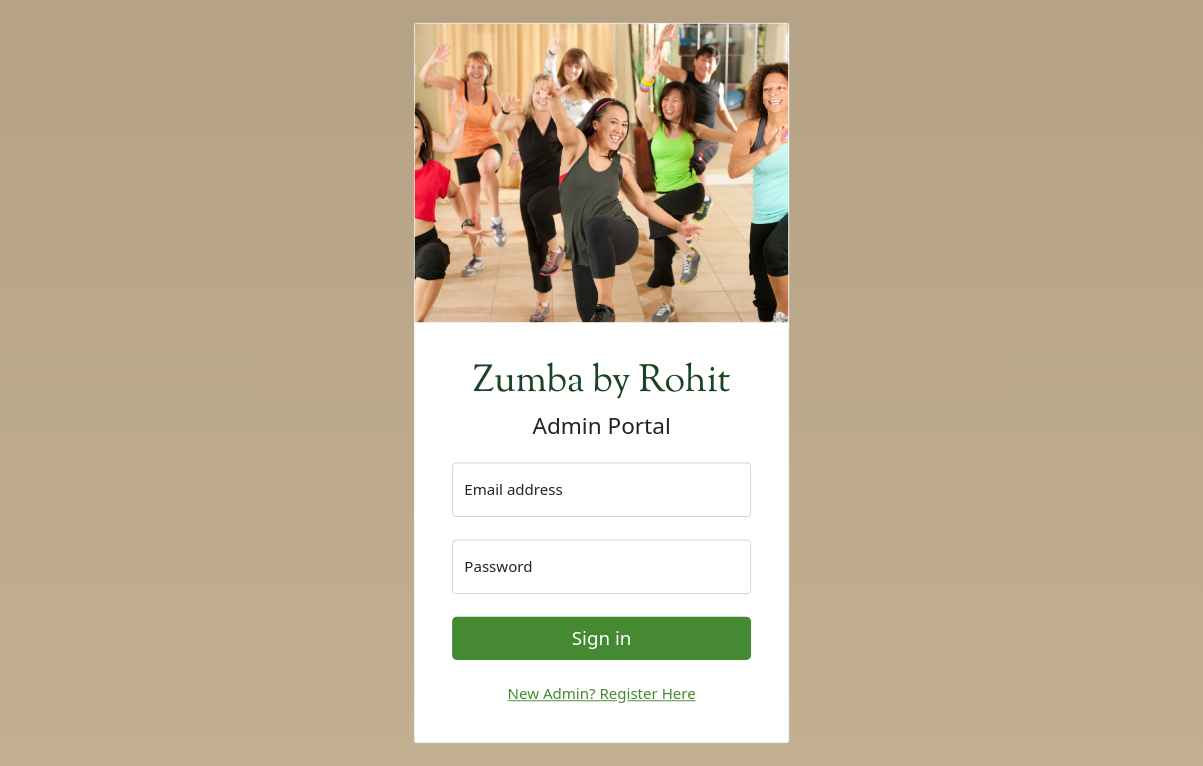
Repository: ronetteguevara/CalTech-ZumbaApp
Page: ZumbaApp/ZumbaApp/src/main/webapp/add-class.html
An editor plug-in stored every save of this project. The page is shown before and after the next save, followed by the edit.
The browser window is 1280 px wide. The pictures show the whole page, at 94% of full size.

Above is the page before, as saved 2024-05-01 00:49:37.

### ZumbaApp/ZumbaApp/src/main/webapp/add-class.html
<!DOCTYPE html>
<html>
<head>
<meta charset="UTF-8">
<title>Add Class</title>
<link rel="stylesheet" href="css/bootstrap.css"></link>
<link rel="stylesheet" href="style.css"></link>
</head>
<body class="gradient-background">

	<div class="my-4 d-flex justify-content-center col-xl-12 col-lg-12 col-md-12 col-sm-12 col-12" data-new-gr-c-s-check-loaded="14.1169.0" data-gr-ext-installed="">
	<main class="form-signin d-flex justify-content-center">
	<form action="Front" method="post">
		<div class="card" style="width: 25rem;">
			<img src="assets/Add_Class.png" class="card-img-top" alt="Rohit smiling">
		<div class="card-body text-center">
			<h1 class="mt-4 mb-2 fw-normal text-center">Zumba by Rohit</h1>
			<h4 class="mb-4 fw-normal text-center">Admin Portal</h4>
			<div class="form-floating mx-4 my-4">
				<input type="email" name="txtEmail" class="form-control input" id="floatingInput" placeholder="name@example.com">
				<label for="floatingInput">Email address</label>
			</div>

			<div class="form-floating mx-4 my-4">
				<input type="password" name="txtPassword" class="form-control input" id="floatingPassword" placeholder="Password">
				<label for="floatingPassword">Password</label>
			</div>

			<div class="form-floating mx-4 my-4">
				<input type="hidden" name="txtType" value="login" id="hidden">
			</div>

			<div class="mx-4 my-4">
			<button class="w-100 btn btn-lg btn-primary button" type="submit">Sign in</button>
			</div>
			<div class="my-4">
			<a href="register.html">New Admin? Register Here</a>
			</div>
		</div>
		</div>
    </form>
    </main>
    </div>
</body>
</html>

### ZumbaApp/ZumbaApp/src/main/webapp/style.css
@charset "UTF-8";

.button {
  background-color: #458933;
  border: none;
}

.button:hover {
  background-color: #82c360;
}

a {
  color: #458933;
}

a:hover {
 color: #82c360;
}

a:visited {
  color: #1a4324;
}

h1 {
	font-family: Sorts-Mill-Goudy-Regular;
	color: #1a4324;
}

@font-face {
  font-family: "Sorts-Mill-Goudy-Italic";
  src: url(/assets/Fonts/SortsMillGoudy-Italic.ttf);
}

@font-face {
  font-family: "Sorts-Mill-Goudy-Regular";
  src: url(/assets/Fonts/SortsMillGoudy-Regular.ttf);
}

.gradient-background {
  background: linear-gradient(0deg, #f2e5b9, #b8a588, #774c24);
  background-size: 1000% 1000%;

  -webkit-animation: AnimationName 8s ease infinite;
  -moz-animation: AnimationName 8s ease infinite;
  animation: AnimationName 8s ease infinite;
}

@-webkit-keyframes AnimationName {
  0%{background-position:0% 35%}
  50%{background-position:100% 66%}
  100%{background-position:0% 35%}
}
@-moz-keyframes AnimationName {
  0%{background-position:0% 35%}
  50%{background-position:100% 66%}
  100%{background-position:0% 35%}
}
@keyframes AnimationName {
  0%{background-position:0% 35%}
  50%{background-position:100% 66%}
  100%{background-position:0% 35%}

}

Loaded but not shown: ZumbaApp/ZumbaApp/src/main/webapp/css/bootstrap.css (library)

After the next save:
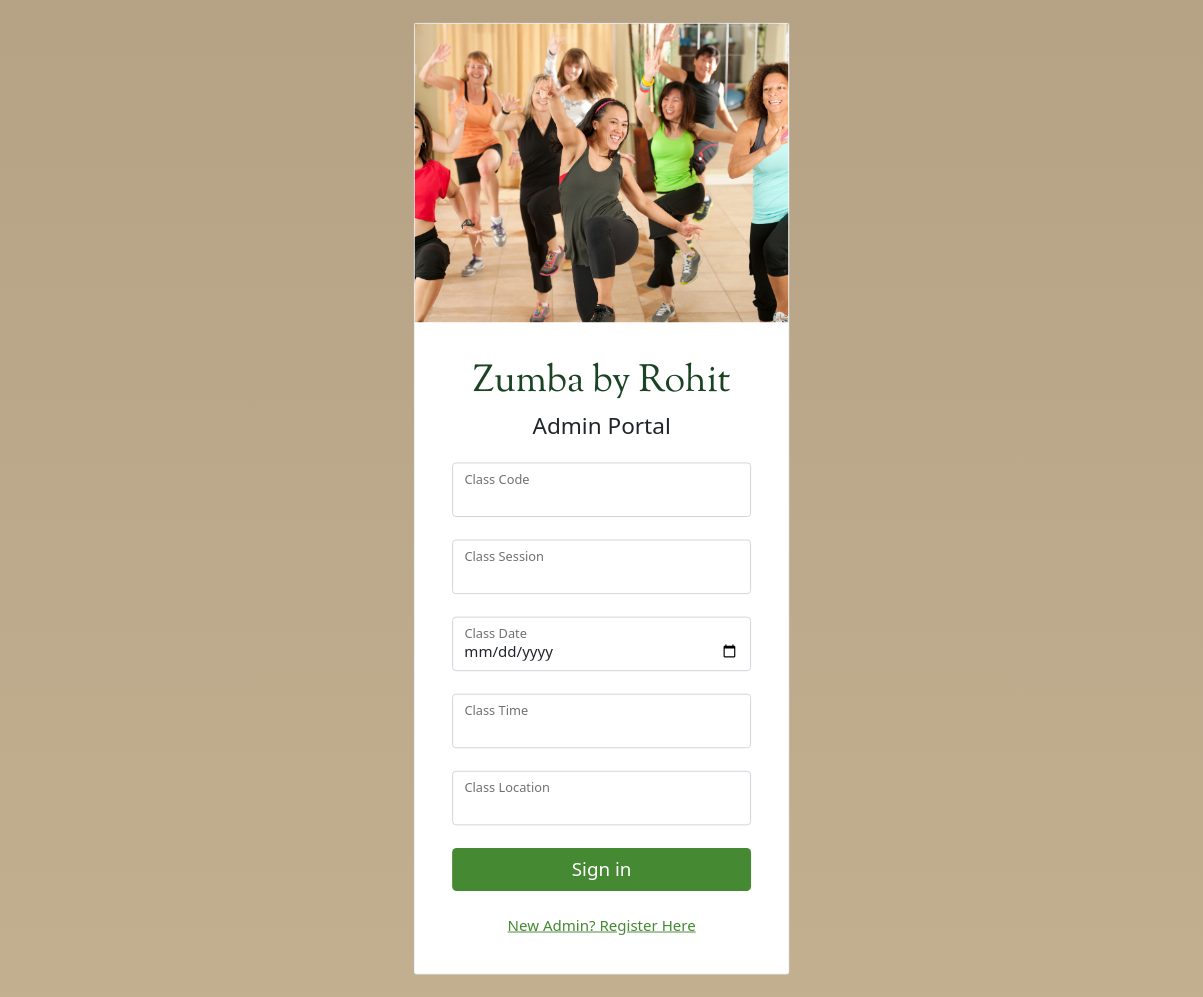
Saved 6 min 37 s later.
--- a/ZumbaApp/ZumbaApp/src/main/webapp/add-class.html
+++ b/ZumbaApp/ZumbaApp/src/main/webapp/add-class.html
@@ -10,24 +10,35 @@
 
 	<div class="my-4 d-flex justify-content-center col-xl-12 col-lg-12 col-md-12 col-sm-12 col-12" data-new-gr-c-s-check-loaded="14.1169.0" data-gr-ext-installed="">
 	<main class="form-signin d-flex justify-content-center">
-	<form action="Front" method="post">
+	<form action="   " method="post">
 		<div class="card" style="width: 25rem;">
 			<img src="assets/Add_Class.png" class="card-img-top" alt="Rohit smiling">
 		<div class="card-body text-center">
 			<h1 class="mt-4 mb-2 fw-normal text-center">Zumba by Rohit</h1>
 			<h4 class="mb-4 fw-normal text-center">Admin Portal</h4>
 			<div class="form-floating mx-4 my-4">
-				<input type="email" name="txtEmail" class="form-control input" id="floatingInput" placeholder="name@example.com">
-				<label for="floatingInput">Email address</label>
+				<input type="text" name="txtClassCode" class="form-control">
+				<label for="floatingInput">Class Code</label>
 			</div>
 
 			<div class="form-floating mx-4 my-4">
-				<input type="password" name="txtPassword" class="form-control input" id="floatingPassword" placeholder="Password">
-				<label for="floatingPassword">Password</label>
+				<input type="text" name="txtSession" class="form-control">
+				<label for="floatingPassword">Class Session</label>
 			</div>
 
 			<div class="form-floating mx-4 my-4">
-				<input type="hidden" name="txtType" value="login" id="hidden">
+				<input type="date" name="txtClassDate" class="form-control">
+				<label for="floatingPassword">Class Date</label>
+			</div>
+
+			<div class="form-floating mx-4 my-4">
+				<input type="text" name="txtClassTime" class="form-control">
+				<label for="floatingPassword">Class Time</label>
+			</div>
+
+			<div class="form-floating mx-4 my-4">
+				<input type="text" name="txtClassLocation" class="form-control">
+				<label for="floatingPassword">Class Location</label>
 			</div>
 
 			<div class="mx-4 my-4">
